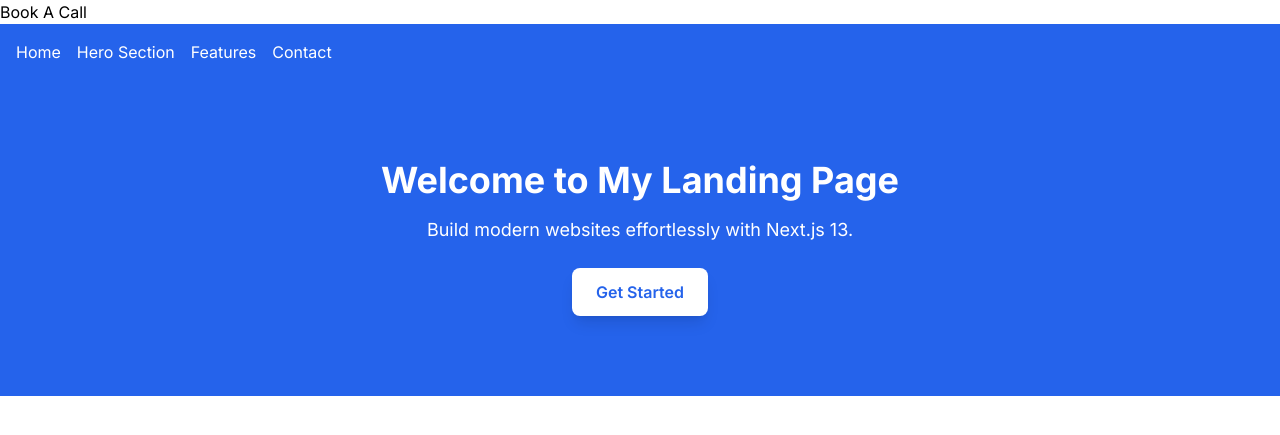
Repository: TheSecretlifeOfX/landing1
Page: /features
An editor plug-in stored every save of this project. The page is shown before and after the next save, followed by the edit.
The browser window is 1280 px wide. The pictures show the whole page.
The project was rebuilt for these pictures with package versions that can differ from the ones it lists, and the page was loaded fresh each time. The framework's server and built-in components were replaced by stand-ins that run in the browser. Also part of the build but not shown: next.config.js.

Above is the page before, as saved 2024-11-13 20:54:24.

After the next save:
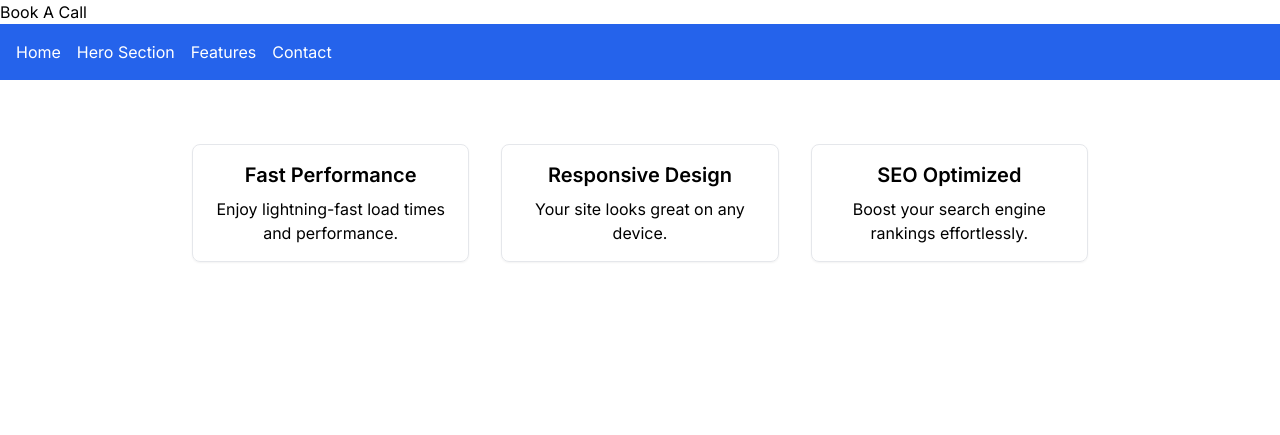
Saved 23 min 15 s later.
--- a/app/features/page.tsx
+++ b/app/features/page.tsx
@@ -1,6 +1,6 @@
-// src/app/hero/page.tsx
-import HeroSection from "@/app/components/HeroSection";
+// src/app/features/page.tsx
+import FeaturesSection from "@/app/components/FeaturesSection";
 
-export default function HeroPage() {
-  return <HeroSection />;
+export default function FeaturesPage() {
+  return <FeaturesSection />;
 }
